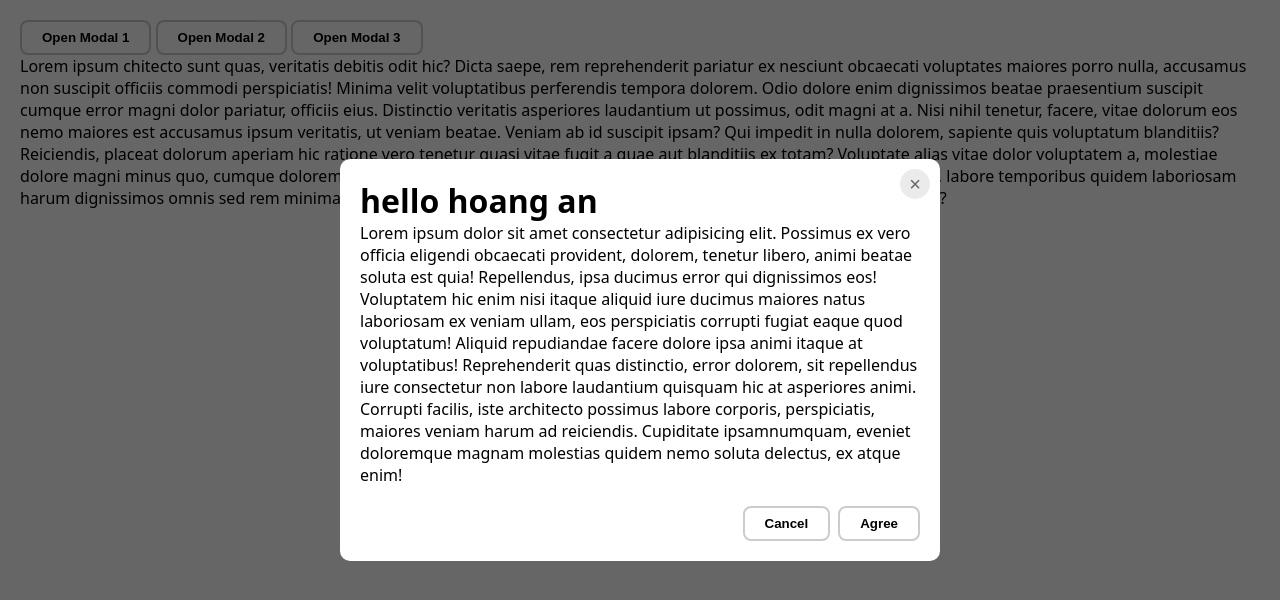
Repository: hoangan3526/Javascript-project
Page: index.html
The author's editor kept a copy of each file at every save. The page is drawn from the files as they stood at one save, then again after the next save.
The browser window is 1280 px wide. The pictures show the whole page.

Above is the page before, as saved 2026-05-04 13:38:53.

After the next save:
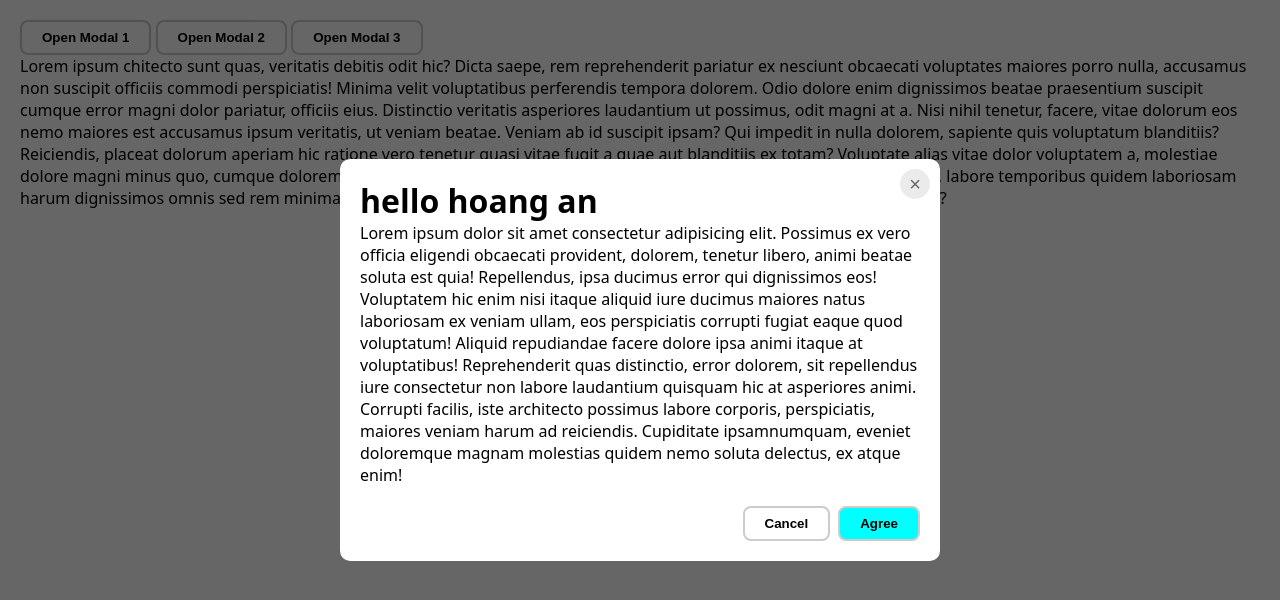
Saved 7 s later.
--- a/style.css
+++ b/style.css
@@ -92,6 +92,6 @@ button {
 .no-scroll{
     overflow: hidden;
 }
-.btn .primary {
+.btn.primary {
     background-color: aqua;
 }
